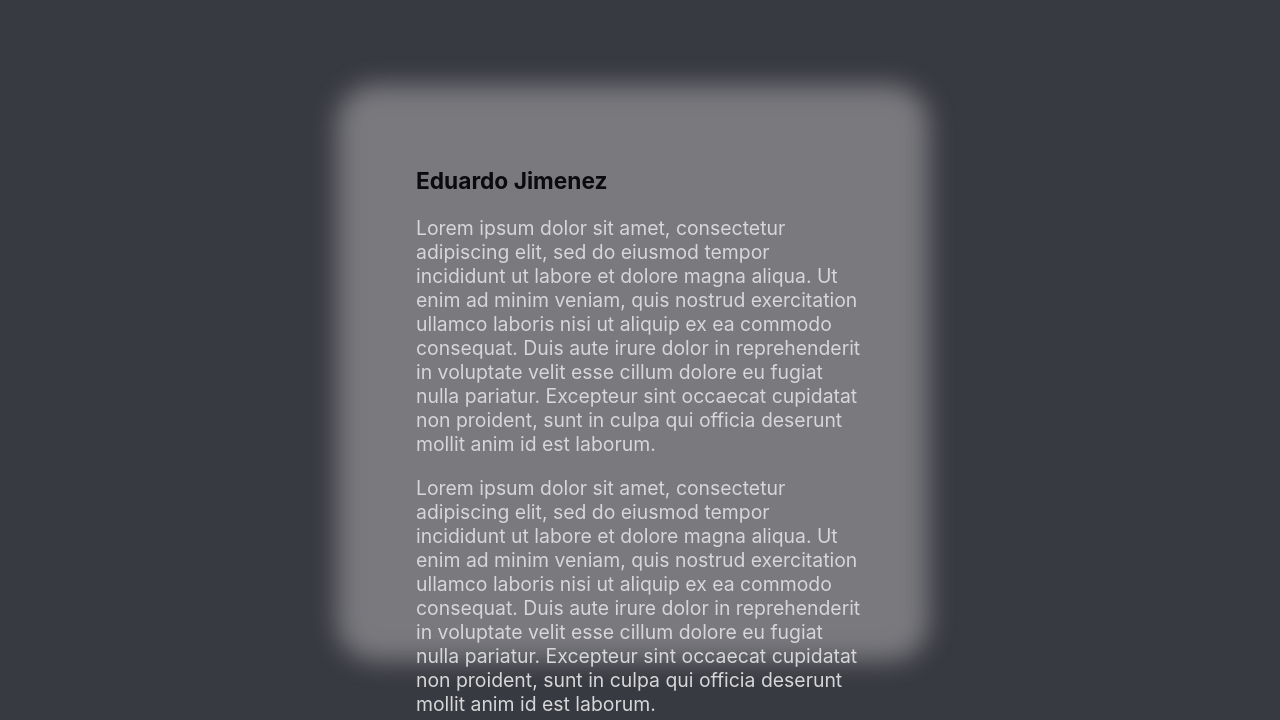
Repository: l8nightswithJS/react-my-portfolio
Page: /
These files come from the project's save history. The page is drawn as it stood at one moment and after the next save; the edit follows.
The browser window is 1280 px wide. The pictures show the whole page.
The project was rebuilt for these pictures with package versions that can differ from the ones it lists, and the page was loaded fresh each time.

Above is the page before, as saved 2021-04-29 12:44:52.

After the next save:
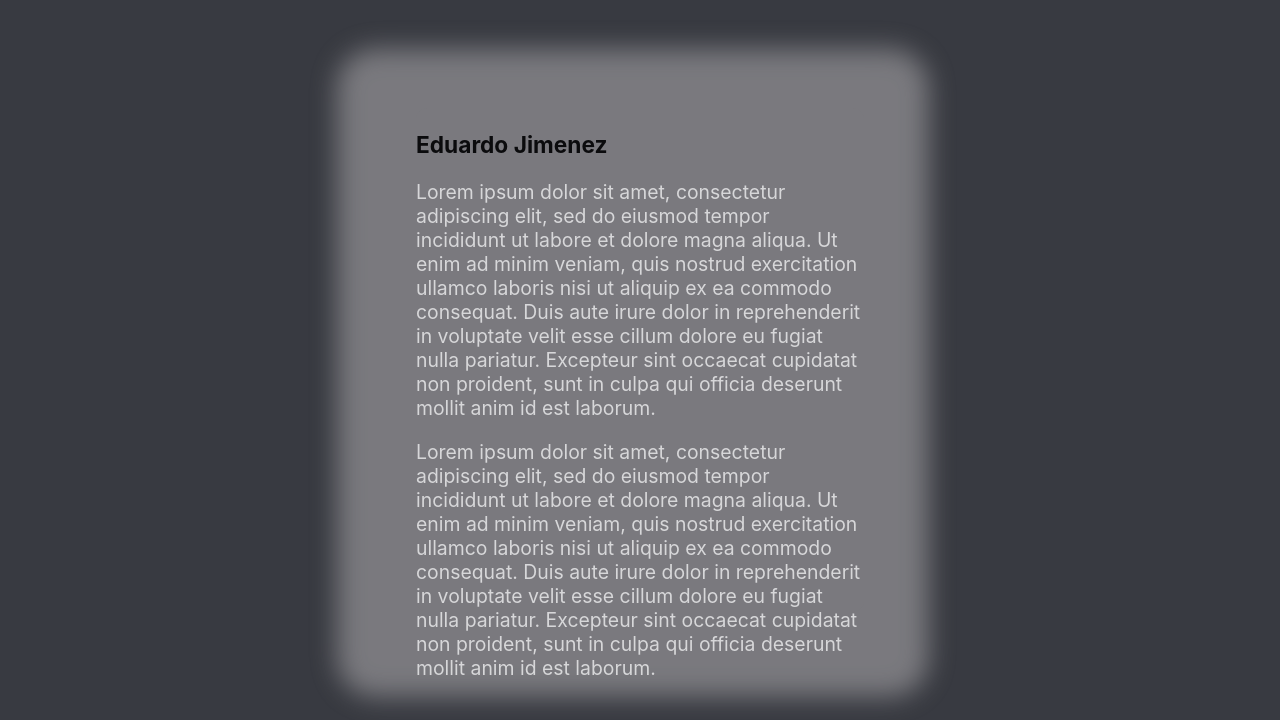
Saved 7 s later.
--- a/src/App.css
+++ b/src/App.css
@@ -11,7 +11,7 @@ section {
   left: 0;
   right: 0;
   background-color: rgb(139, 138, 142);
-  height: 60vh;
+  height: 70vh;
   width: 35vw;
   margin: auto;
   font-size: calc(5px + 2vmin);
